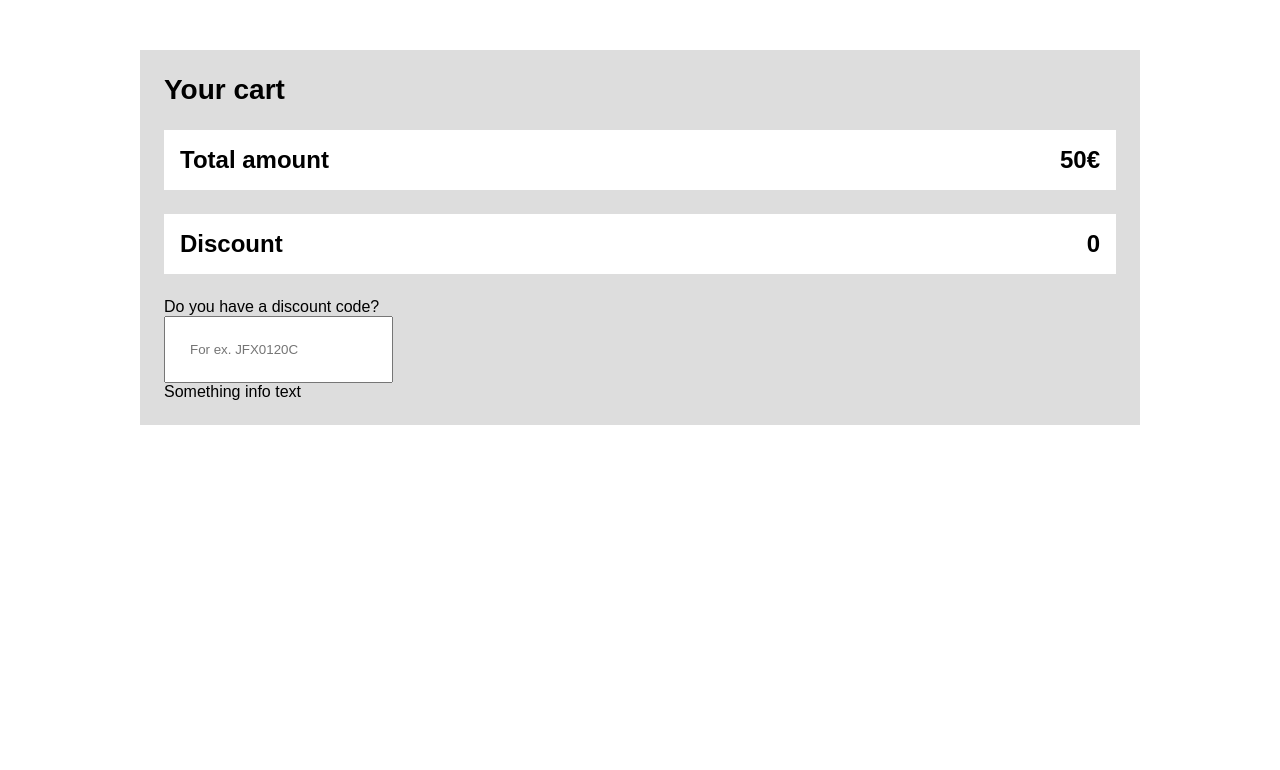
Repository: kcvijay/cart-discoutcodes
Page: /
The author's editor kept a copy of each file at every save. The page is drawn from the files as they stood at one save, then again after the next save.
The browser window is 1280 px wide. The pictures show the whole page.
The project was rebuilt for these pictures with package versions that can differ from the ones it lists, and the page was loaded fresh each time. Also part of the build but not shown: src/App.css.

Above is the page before, as saved 2023-05-17 11:31:40.

### public/index.html
<!DOCTYPE html>
<html lang="en">
  <head>
    <meta charset="utf-8" />
    <link rel="icon" href="%PUBLIC_URL%/favicon.ico" />
    <meta name="viewport" content="width=device-width, initial-scale=1" />
    <meta name="theme-color" content="#000000" />
    <meta
      name="description"
      content="Discount Codes searching, fetching and enabling for the cart system."
    />
    <link rel="apple-touch-icon" href="%PUBLIC_URL%/logo192.png" />
    <link rel="manifest" href="%PUBLIC_URL%/manifest.json" />
    <title>Discount Codes for Cart</title>
  </head>
  <body>
    <noscript>You need to enable JavaScript to run this app.</noscript>
    <div id="root"></div>

  </body>
</html>

### src/index.css
* {
  margin: 0;
  padding: 0;
  box-sizing: border-box;
  scroll-behavior: smooth;
}

body {
  max-width: 100vw;
  min-height: 100vh;
  font-family: Arial, Helvetica, sans-serif;
}

.main-wrapper {
  max-width: 1000px;
  min-height: auto;
  background-color: #ddd;
  margin: 50px auto;
  padding: 1.5rem;
}

.content-header {
  font-size: 1.75rem;
  margin-bottom: 1.5rem;
}

.detail-block {
  display: flex;
  justify-content: space-between;
  padding: 1rem;
  background: #fff;
  margin-bottom: 1.5rem;
}
/****/
/****/

form label {
  display: block;
  margin-bottom: 1rem;
}

form input {
  padding: 1.5rem;
}

### src/App.tsx
import React from "react";
import "./App.css";
import CartInput from "./CartInput";

function App() {
  return (
    <div className="App">
      <CartInput />
    </div>
  );
}

export default App;

### src/CartInput.tsx
import React from "react";

const CartInput = () => {
  return (
    <div className="main-wrapper">
      <h2 className="content-header">Your cart</h2>
      <div className="detail-block">
        <h2>Total amount</h2>
        <h2>{"50€"}</h2>
      </div>
      <div className="detail-block">
        <h2>Discount</h2>
        <h2>{"0"}</h2>
      </div>
      <p>Do you have a discount code?</p>
      <form>
        <input
          type="text"
          name="discountCode"
          id="discountCode"
          placeholder="For ex. JFX0120C"
        />
      </form>
      <p className="info-text">Something info text</p>
    </div>
  );
};

export default CartInput;

Loaded but not shown: src/index.tsx (common file); src/reportWebVitals.ts (common file)

After the next save:
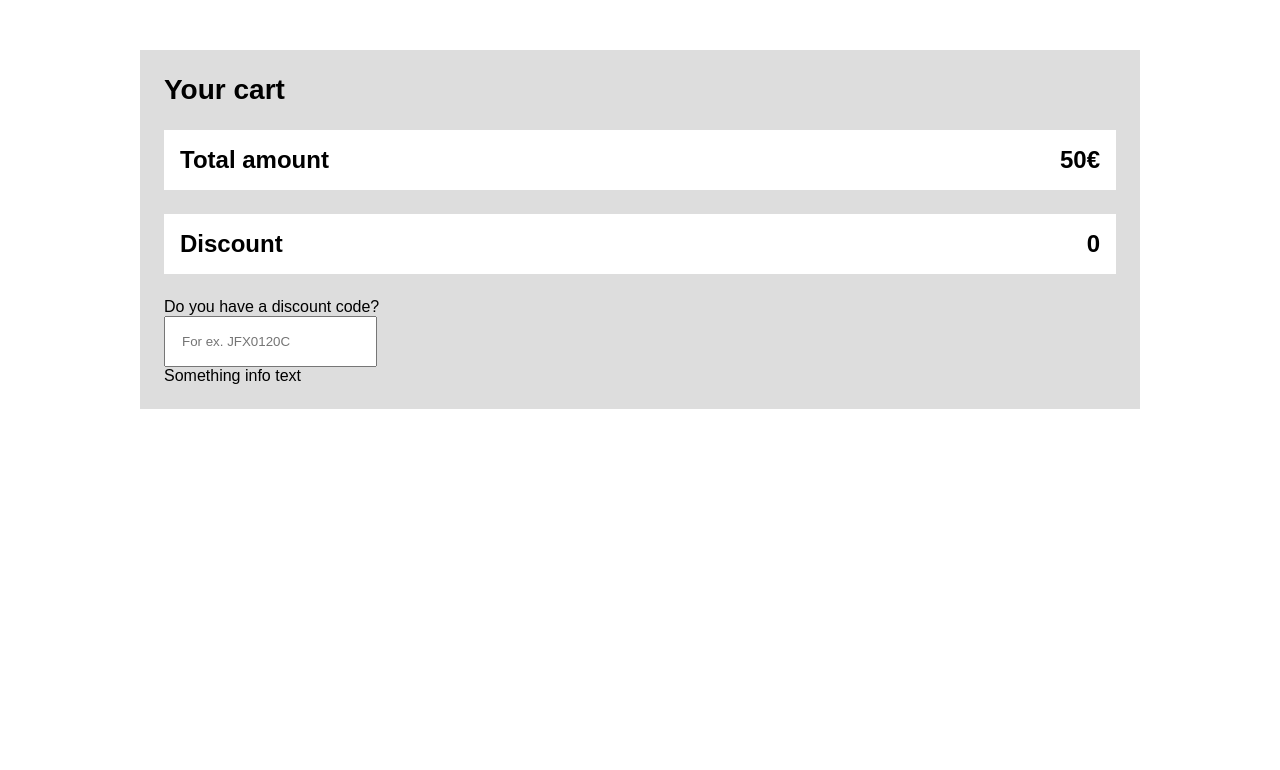
Saved 4 s later.
--- a/src/index.css
+++ b/src/index.css
@@ -40,5 +40,5 @@ form label {
 }
 
 form input {
-  padding: 1.5rem;
+  padding: 1rem;
 }
